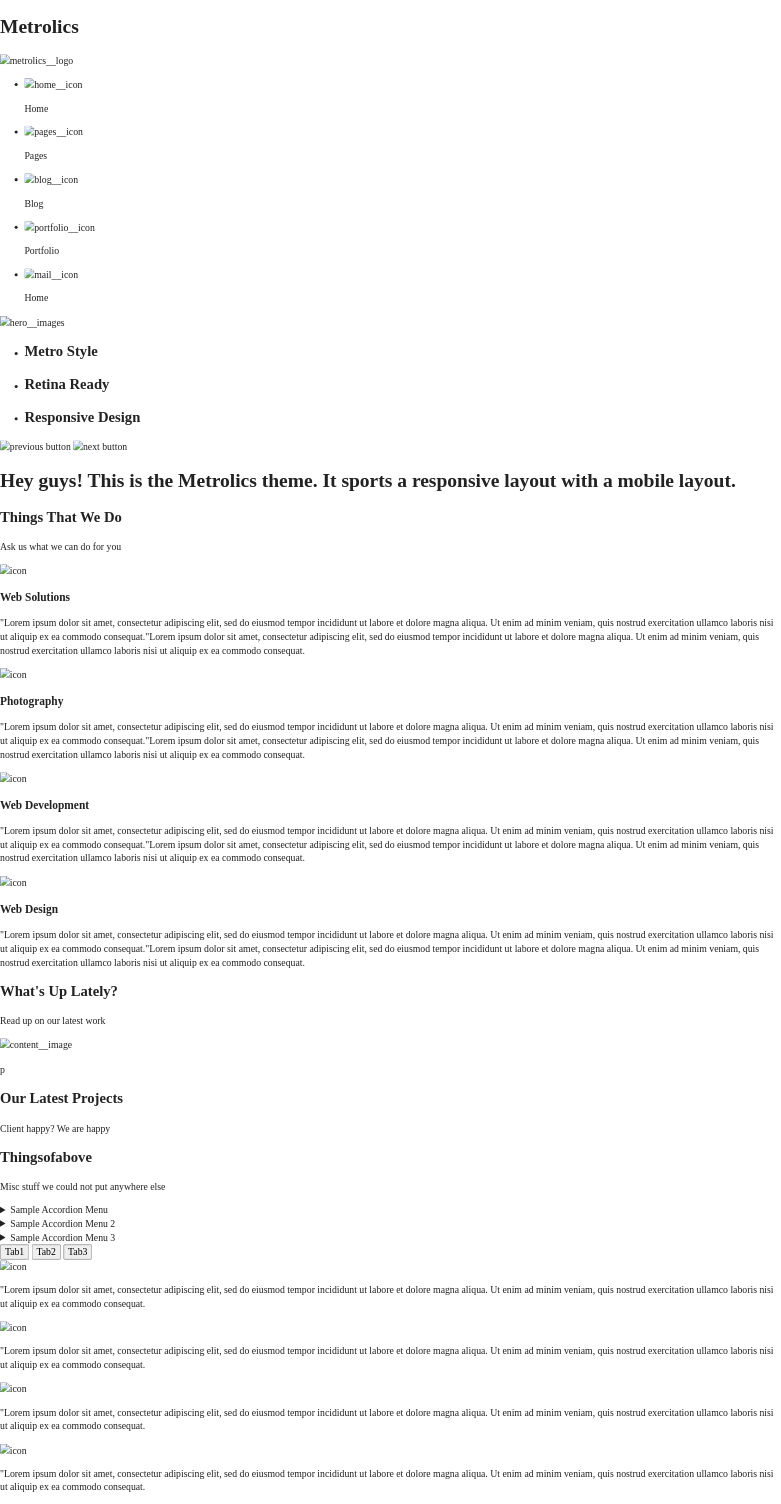
Repository: eilidhma/metrolics
Page: index.html
An editor plug-in stored every save of this project. The page is shown before and after the next save, followed by the edit.
The browser window is 1280 px wide. The pictures show the whole page, at 61% of full size.

Above is the page before, as saved 2021-01-27 00:05:51.

After the next save:
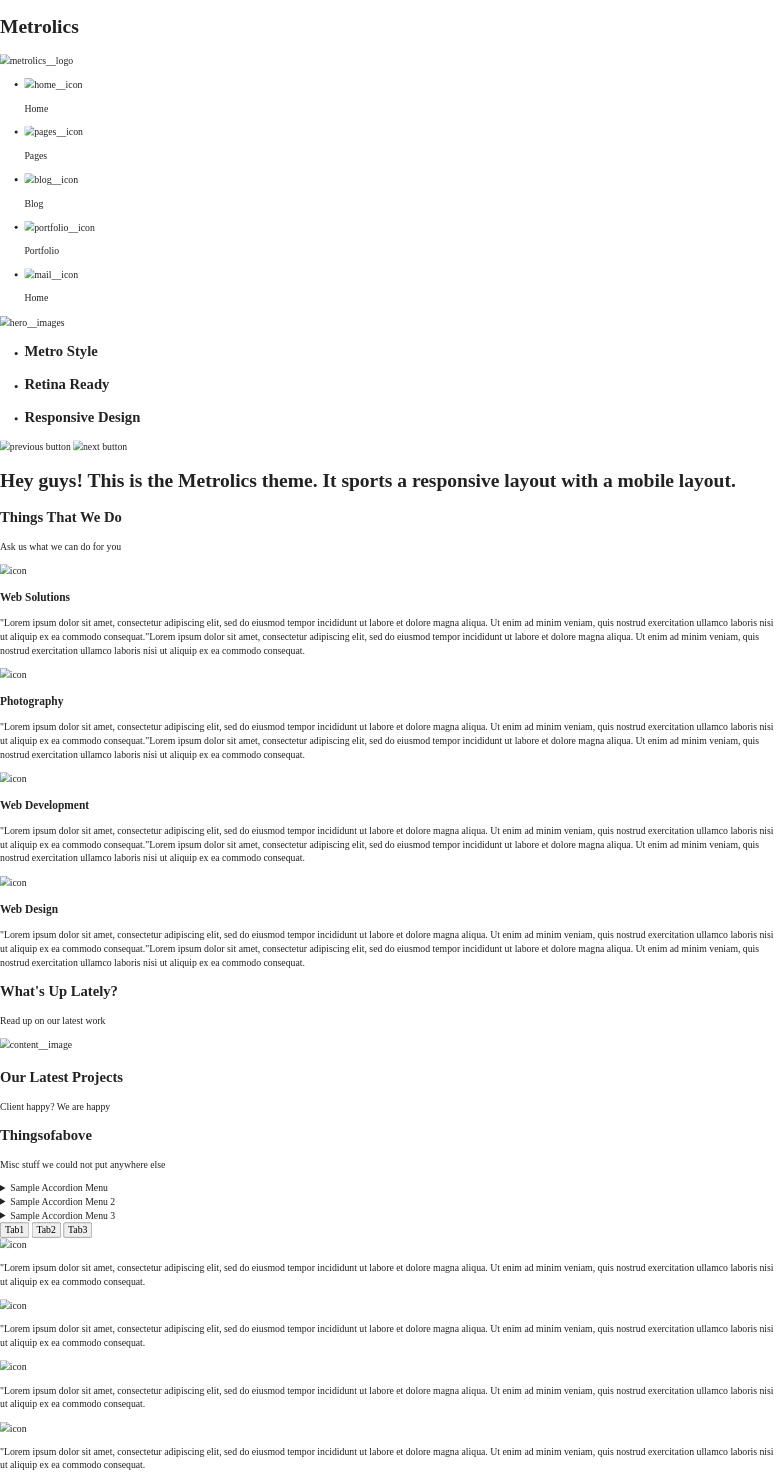
Saved 11 s later.
--- a/index.html
+++ b/index.html
@@ -116,7 +116,7 @@
         <img src="" alt="content__image">
         <div class="corner__content">
           <h3></h3>
-          p
+          <h6></h6>
         </div>
       </div>
       <div class="three__column__item"></div>
